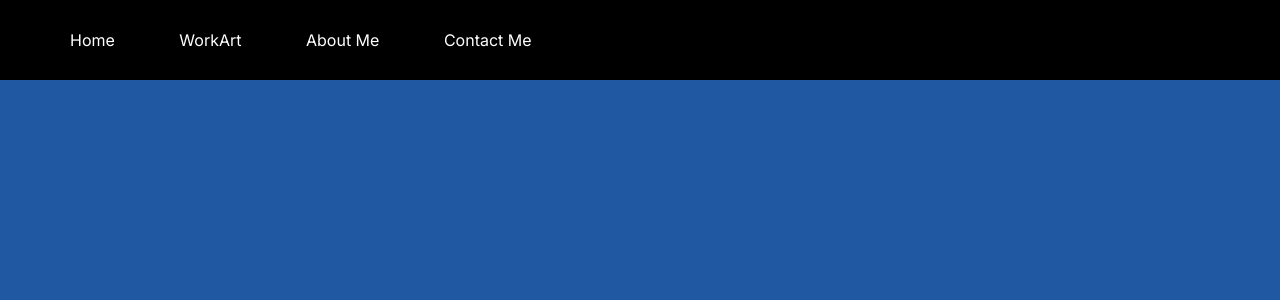
Repository: sius012/DiWorkbench
Page: index.html
An editor plug-in stored every save of this project. The page is shown before and after a run of saves, followed by the edit.
The browser window is 1280 px wide. The pictures show the whole page.

Above is the page before, as saved 2023-04-06 20:20:39.

After the next 2 saves:
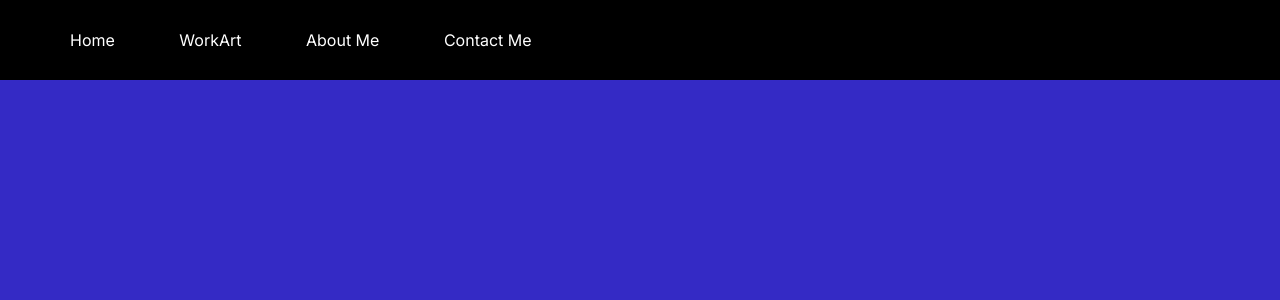
The 2 saves are shown as one change because they came seconds apart.
The last was saved 7 s later.
--- a/index.html
+++ b/index.html
@@ -13,7 +13,7 @@
       }
 
       body{
-        background-color: rgb(32, 88, 161)
+        background-color: rgb(52, 42, 197)
       }
 
       .nav-cont li{
